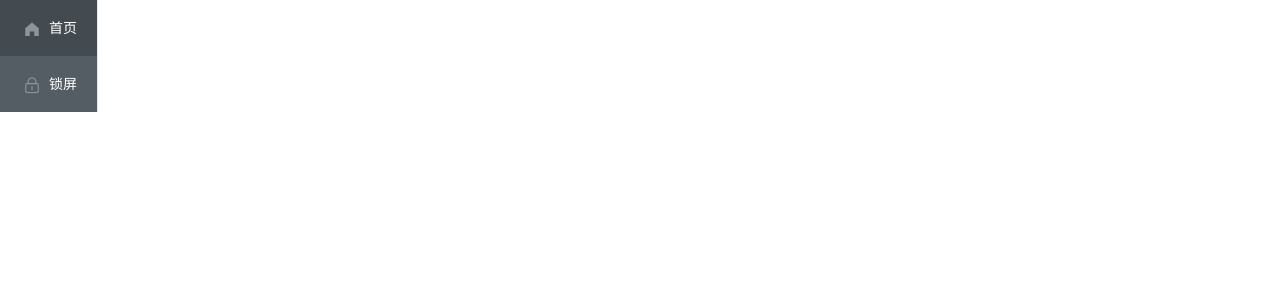
Repository: wujingwenwu/-vue-2.0
Page: /lockScreen
These files come from the project's save history. The page is drawn as it stood at one moment and after the next save; the edit follows.
The browser window is 1280 px wide. The pictures show the whole page.
The project was rebuilt for these pictures with package versions that can differ from the ones it lists, and the page was loaded fresh each time. Also part of the build but not shown: src/views/Home.vue.

Above is the page before, as saved 2020-09-29 10:29:48.

### src/main.js
import Vue from "vue";
import App from "./App.vue";
import router from "./router";
import store from "./store";
import ElementUI from 'element-ui';
import 'element-ui/lib/theme-chalk/index.css';
Vue.config.productionTip = false;
Vue.use(ElementUI);
new Vue({
  router,
  store,
  render: h => h(App)
}).$mount("#app");

### src/App.vue
<template>
  <div id="app">

    <router-view />
  </div>
</template>

<style lang="scss">
@import "./style/demo";
*{
  margin: 0;
  padding: 0;
}
</style>

### src/router/index.js
import Vue from "vue";
import VueRouter from "vue-router";
import Home from "../views/Home.vue";
import Layout from "../views/layout/layout"
Vue.use(VueRouter);

const routes = [
  {
    path: "/home",
    name: "",
    component: Home
  },
  {
    path: "",
    component: Layout,
    children:[
      {
        path: "/home",
        name: "Home",
        component: Home
      },
      {
        path: "/lockScreen",
        name: "LockScreen",
        component: () =>
          import("../views/lockScreen/LockScreen")
      },
    ]
  },
  {
    path: "/about",
    name: "About",
    component: () =>
      import("../views/About.vue")
  },
];

const router = new VueRouter({
  mode: "history",
  base: process.env.BASE_URL,
  routes
});

export default router;

### src/style/demo.scss
.d-f{
    display: flex;
    /* 弹性盒模型 */
}
.f-s-12{
    font-size: 12px;
    /* 字体大小为12px */
}
.f-s-14{
    font-size: 14px;
    /* 字体大小为14px */
}
.f-s-16{
    font-size: 16px;
    /* 字体大小为16px */
}
.f-w{
    font-weight: 700;
    /*字体 加粗 */
}
.f-c-ho{
    color: #f00;
    /* 红色 */
}
.f-c-hu{
    color: #ccc;
    /* 灰色 */
}
.f-c-b{
    color: #ffffff;
    /* 白色 */
}
.f-c-he{
    color: #000;
    /* 黑色 */
}
.t-a-l{
    text-align: left;
    /* 文本左对齐 */
}
.t-a-c{
    text-align: center;
    /* 文本居中 */
}
.t-a-r{
    text-align: right;
    /* 文本右对齐 */
}
.t-d-u{
    text-decoration: underline;
    /* 装饰在文本底部 */
}
.t-d-o{
    text-decoration: overline;
    /* 装饰在顶部 */
}
.t-d-l-t{
    text-decoration: line-through;
    /* 装饰在文本中间 */
}
.d-i{
    display: inline;
    /* 块级元素装换成行内元素 */
}
.d-i-b{
    display: inline-block;
    /* 块级元素装换成行内块元素 */
}
.d-b{
    display: block;
    /* 行内和行内块元素装换成块级元素 */
}
.d-n{
    display: none;
    /* 隐藏元素 */
}
.p-r{
    position: relative;
    /* 相对定位 */
}
.p-a{
    position: absolute;
    /* 绝对定位 */
}
.p-f{
    position: fixed;
    /* 固定定位 */
}
.b-r-50{
    border-radius: 50%;
    /* 圆角为50% */
}
.j-c-s-a{
    justify-content: space-around;
   /* 两边的子元素距离父元素的两边有间距，然后中间距离自动等分 */
}
.j-c-s-b{
    justify-content: space-between;
    /* 两边的子元素距离父元素没有间距，然后中间距离自动等分 */

}
.j-c-c{
    justify-content: center;
     /* 所有的子元素相当于父元素水平居中 */
}
.a-i-c{
    align-items: center;
    /* （竖轴排列方式）子元素相当于父元素垂直方向居中 */
}
.f-d-c{
    flex-direction: column;
    /* 弹性盒模型的竖项排列方式 */
}
*{
  margin: 0;
  padding: 0;
  /* 清除游览器的痕迹 */
}
.conter{
    display: flex;
    justify-content: center;
    /* 弹性盒模型，所有的文本在页面的中间 */
}
.warp{
   width: 1280px;
   /* 宽度为1280px，基本上不会超过1400px */
}
.o-h{
    overflow: hidden;
    /* 超出部分隐藏 */
}
.w-o-t{
    white-space: nowrap;
    overflow: hidden;
    text-overflow: ellipsis;
    /* 超出部分隐藏（只限字体） */
}
.d-n{
    display: none;
    /* 不占位置 */
}
.v-h{
    visibility: hidden;
    /* 占位置 */
}
.f-w-w{
    flex-wrap: wrap;
    /* 换行 */
}
.w-s-n{
    white-space: nowrap;
    /* 内容不换行 */
}
.m-t-20{
    margin-top: 20px;
    /* 向下20 */
}
.m-l-20{
    margin-left: 20px;

}
.m-t-10{
    margin-top: 10px;
}
.m-l-10{
    margin-left: 10px;
}
.b-c-hong{
    background-color: red;
}
.b-c-hei{
    background-color: black;
}
.b-c-bai{
    background-color: #ffffff;
}
.b-c-hui{
    background-color: #ccc;
}
.b-1-s-hong{
    border: 1px solid red;
}
.b-1-d-hong{
    border: 1px dashed red;
}
.b-1-s-bai{
    border: 1px solid #ffffff;
}
.b-1-d-bai{
    border: 1px dashed #ffffff;
}
.b-1-s-hei{
    border: 1px solid black;
}
.b-1-d-hei{
    border: 1px dashed black;
}
.b-1-s-hui{
    border: 1px solid #ccc;
}
.b-1-d-hui{
    border: 1px dashed #ccc;
}
.b-l-n{
    border-left: none;
    /* 左边框隐藏 */
}
.b-t-n{
    border-top: none;
}
.b-r-n{
    border-right: none;
}
.b-b-n{
    border-bottom: none;
}
.m-t-15{
    margin-top: 15px;
}
.m-t-30{
    margin-top: 30px;
}
.m-t-5{
    margin-top: 5px;
}
.b-none{
    border: none;
}
.f-s-18{
    font-size: 18px;
}
.m-l--10{
    margin-left: -10px;
}
.m-l-40{
    margin-left: 40px;
}
.o-n{
    outline: none;
    /* 隐藏边框 */
}

### src/views/layout/layout.vue
<template>
 <div class="d-f">
  <div >
      <el-menu
      default-active="2"
      class="el-menu-vertical-demo"
      background-color="#545c64"
      text-color="#fff"
      active-text-color="#ffd04b" v-for="item in arr" :key="item.path">
      <el-menu-item   :index="item.path">
        <i :class="item.icon"></i>
        <span slot="title">{{item.name}}</span>
      </el-menu-item>
    </el-menu>
    <router-view></router-view>
  </div>
 </div>
</template>

<script>
 export default {
   data () {
     return {
       arr:[
        {icon:"el-icon-s-home",name:"首页",path:'/'},
        {icon:"el-icon-lock",name:"锁屏",path:'/lockScreen'},

       ]
     }
   },
   components: {

   },
   methods: {

   },
   mounted() {

   },
   watch: {

   },
   computed: {

   }
 }
</script>

<style scoped lang='scss'>

</style>

### src/views/lockScreen/LockScreen.vue
<template>
 <div>

 </div>
</template>

<script>
 export default {
   data () {
     return {

     }
   },
   components: {

   },
   methods: {

   },
   mounted() {

   },
   watch: {

   },
   computed: {

   }
 }
</script>

<style scoped lang='scss'>

</style>

Loaded but not shown: public/index.html (common file); src/store/index.js (common file)

After the next save:
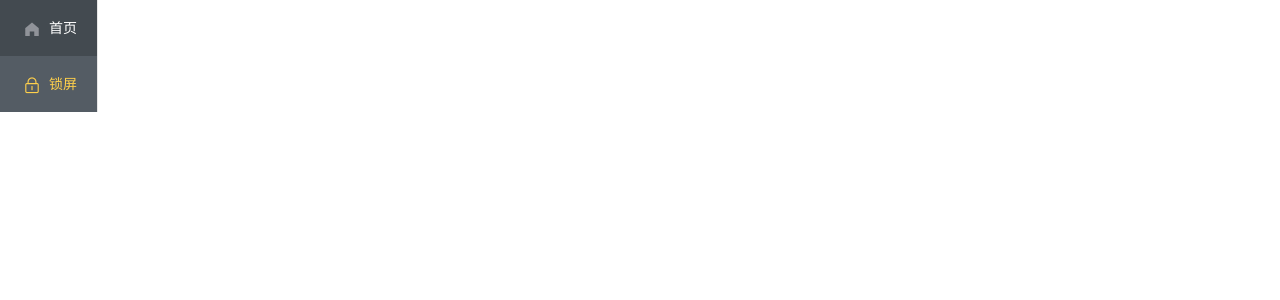
Saved 11 s later.
--- a/src/views/layout/layout.vue
+++ b/src/views/layout/layout.vue
@@ -2,7 +2,7 @@
  <div class="d-f">
   <div >
       <el-menu
-      default-active="2"
+      :default-active="$route.path"
       class="el-menu-vertical-demo"
       background-color="#545c64"
       text-color="#fff"
